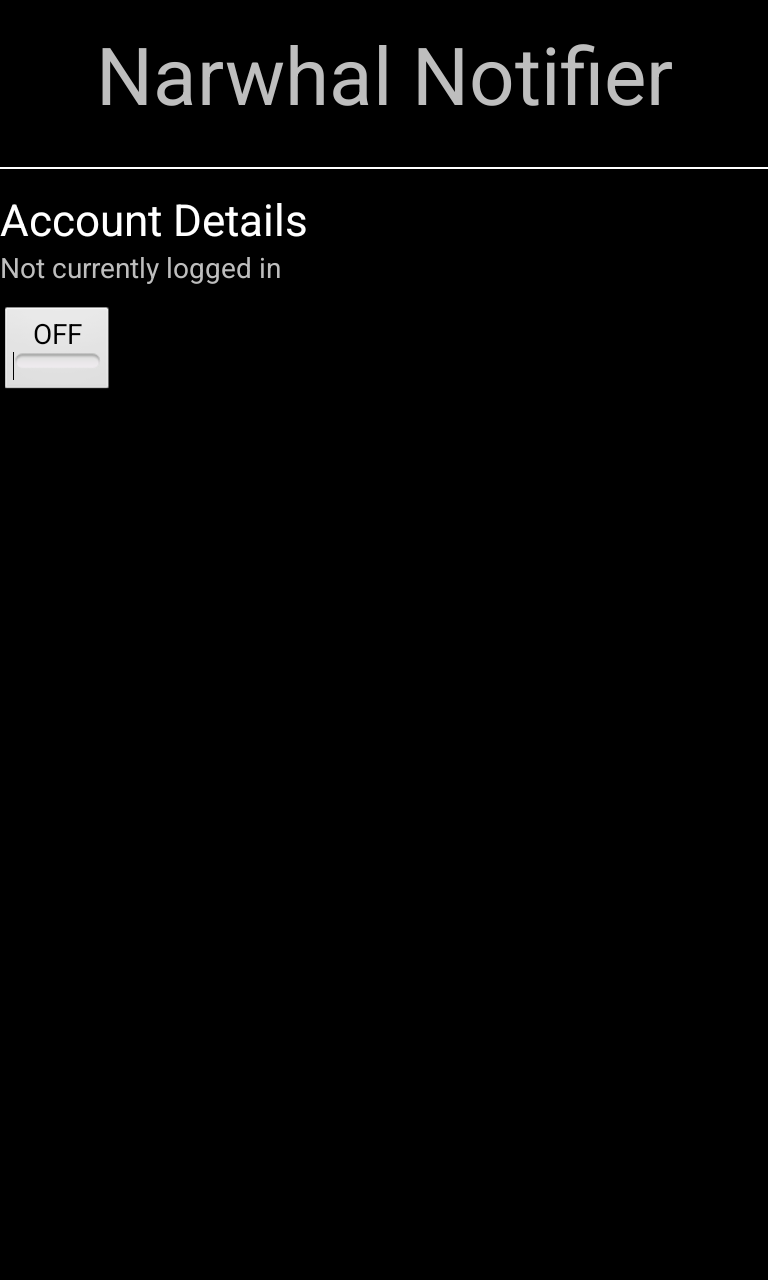
Repository: shawnbuso/NarwhalNotifier
Layout: Narwhal Notifier/res/layout/main.xml
An editor plug-in stored every save of this project. The layout is shown before and after the next save, followed by the edit.
It is drawn on a 768 x 1280 px phone screen (xhdpi) without system bars, with theme android:Theme; the app's code is not run.

Above is the layout before, as saved 2012-01-11 18:34:09.

### Narwhal Notifier/res/layout/main.xml
<?xml version="1.0" encoding="utf-8"?>
<LinearLayout xmlns:android="http://schemas.android.com/apk/res/android"
    android:layout_width="fill_parent"
    android:layout_height="fill_parent"
    android:orientation="vertical" >

    <TextView
        android:id="@+id/title"
        android:layout_width="fill_parent"
        android:layout_height="wrap_content"
        android:gravity="center_horizontal"
        android:text="@string/app_name"
		android:textSize="40dp"
		android:layout_marginTop="10dp"
		android:layout_marginBottom="10dp"/>

    <View
        android:id="@+id/separator"
        android:layout_width="fill_parent"
        android:layout_height="1dip"
        android:layout_alignParentTop="true"
        android:layout_centerVertical="true"
        android:background="#ffffff"
		android:layout_marginTop="10dp"
		android:layout_marginBottom="10dp"/>

    <include layout="@layout/list_item"
		android:layout_marginTop="10dp"
		android:layout_marginBottom="10dp"/>

    <ToggleButton
        android:id="@+id/toggleButton1"
        android:layout_width="wrap_content"
        android:layout_height="wrap_content"
        android:text="ToggleButton"
		android:layout_marginTop="10dp"
		android:layout_marginBottom="10dp"/>

</LinearLayout>

### Narwhal Notifier/res/values/strings.xml
<?xml version="1.0" encoding="utf-8"?>
<resources>

    <string name="hello">Hello World, NarwhalNotifier!</string>
    <string name="app_name">Narwhal Notifier</string>

</resources>

### Narwhal Notifier/res/layout/list_item.xml
<?xml version="1.0" encoding="utf-8"?>
<LinearLayout xmlns:android="http://schemas.android.com/apk/res/android"
    android:layout_width="fill_parent"
    android:layout_height="wrap_content"
    android:orientation="vertical"
    android:id="@+layout/list_item" >

    <TextView
        android:id="@+id/textView1"
        android:layout_width="wrap_content"
        android:layout_height="wrap_content"
        android:text="Account Details"
        android:textAppearance="?android:attr/textAppearanceLarge" />

    <TextView
        android:id="@+id/textView2"
        android:layout_width="wrap_content"
        android:layout_height="wrap_content"
        android:text="Not currently logged in"
        android:textAppearance="?android:attr/textAppearanceSmall" />

</LinearLayout>

After the next save:
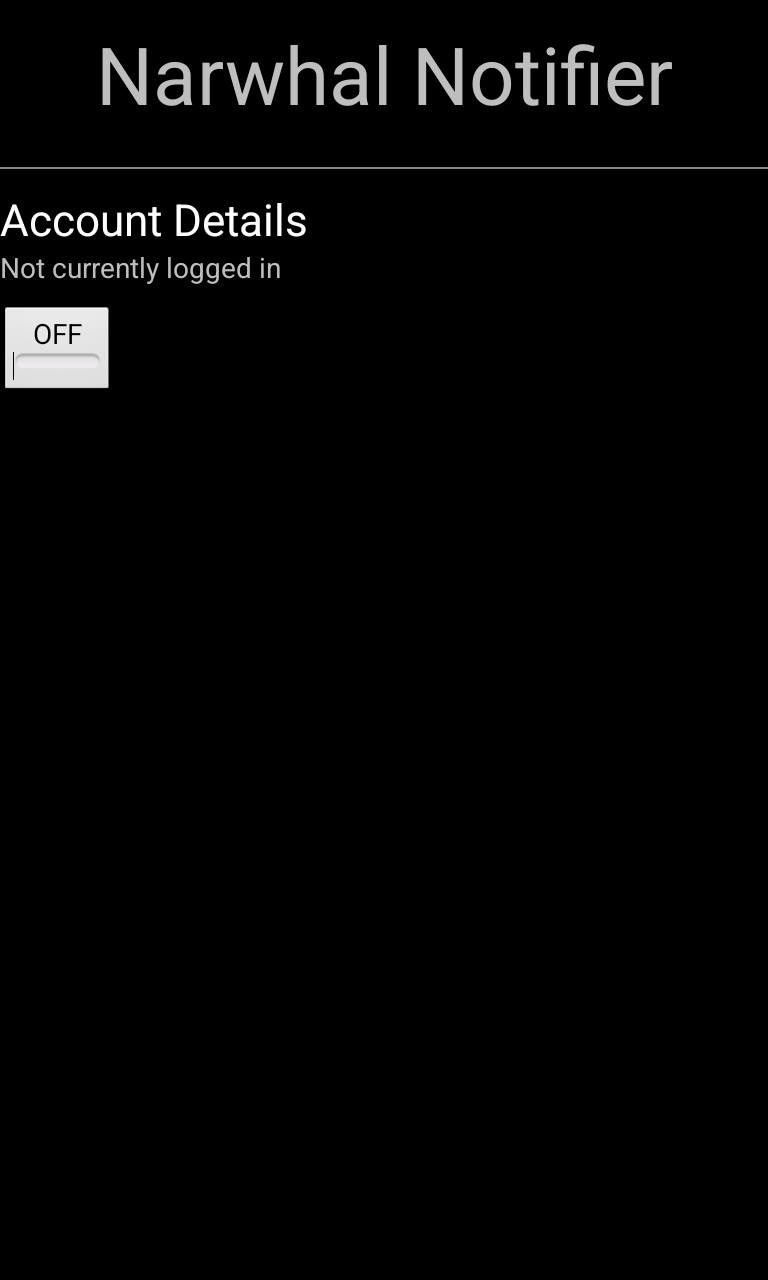
Saved 38 s later.
--- a/Narwhal Notifier/res/layout/main.xml
+++ b/Narwhal Notifier/res/layout/main.xml
@@ -20,7 +20,7 @@
         android:layout_height="1dip"
         android:layout_alignParentTop="true"
         android:layout_centerVertical="true"
-        android:background="#ffffff"
+        android:background="#888888"
 		android:layout_marginTop="10dp"
 		android:layout_marginBottom="10dp"/>
 
